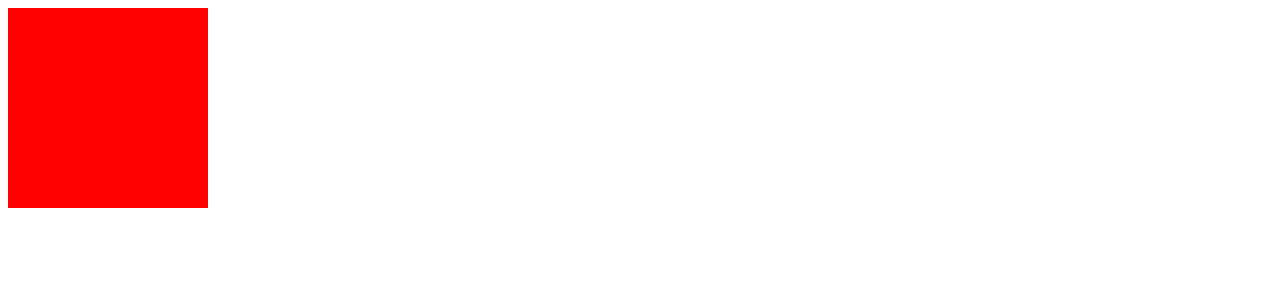
Repository: cdj6995/Web
Page: Lecture-Web/src/main/webapp/jquery/exam05.html
The author's editor kept a copy of each file at every save. The page is drawn from the files as they stood at one save, then again after the next save.
The browser window is 1280 px wide. The pictures show the whole page.

Above is the page before, as saved 2022-05-30 08:37:53.

After the next save:
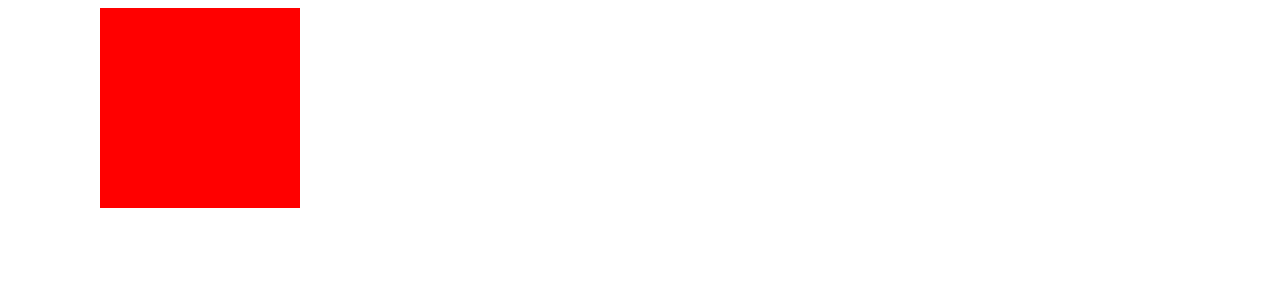
Saved 10 s later.
--- a/Lecture-Web/src/main/webapp/jquery/exam05.html
+++ b/Lecture-Web/src/main/webapp/jquery/exam05.html
@@ -8,7 +8,7 @@
 			width : 100px;
 			height : 100px;
 			background-color: red;
-			position : 'absolute';
+			position : absolute;
 		}
 	</style>
 	<script src="https://code.jquery.com/jquery-3.6.0.js"></script>
